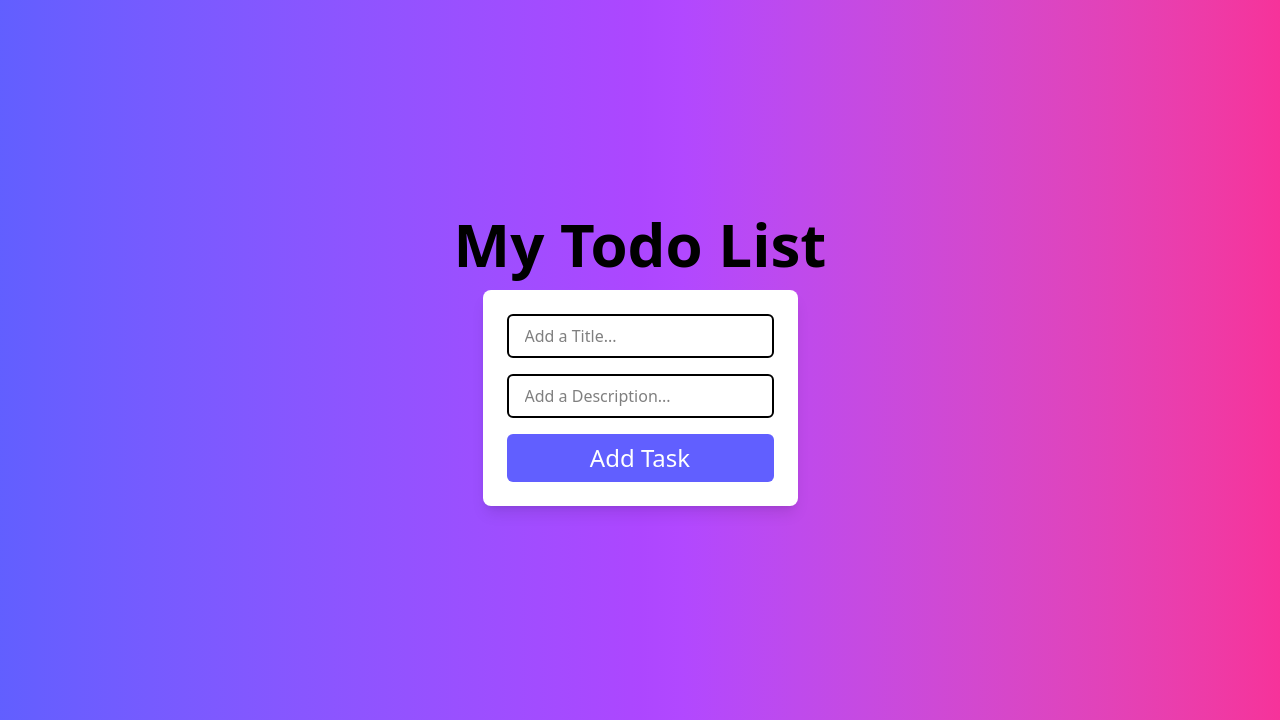
Repository: vgor15/todo-list
Page: /
An editor plug-in stored every save of this project. The page is shown before and after a run of saves, followed by the edit.
The browser window is 1280 px wide. The pictures show the whole page.
The project was rebuilt for these pictures with package versions that can differ from the ones it lists, and the page was loaded fresh each time. The framework's server and built-in components were replaced by stand-ins that run in the browser. Also part of the build but not shown: next.config.js, next.config.mjs.

Above is the page before, as saved 2025-03-05 10:58:30.

### app/layout.js
import { Geist, Geist_Mono } from "next/font/google";
import "./globals.css";

const geistSans = Geist({
  variable: "--font-geist-sans",
  subsets: ["latin"],
});

const geistMono = Geist_Mono({
  variable: "--font-geist-mono",
  subsets: ["latin"],
});

export const metadata = {
  title: "Todo List",
  description: "Todo List created by Vyom-Gor",
};

export default function RootLayout({ children }) {
  return (
    <html lang="en">
      <body
        className={`${geistSans.variable} ${geistMono.variable} antialiased`}
      >
        {children}
      </body>
    </html>
  );
}

### app/page.js
"use client";
import React, { useState } from "react";

const page = () => {
  const [title, setTitle] = useState("");
  const [description, setDescription] = useState("");
  const [mainTasks, setMainTasks] = useState([]);

  const submitHandler = (e) => {
    e.preventDefault();
    console.log(title, description);
    setTitle("");
    setDescription("");
  };
  let renderTask = "No tasks available";

  return (
    <div className="h-screen flex flex-col items-center justify-center bg-gradient-to-r from-indigo-500 via-purple-500 to-pink-500">
      <h1 className="text-6xl font-bold text-center mb-4">My Todo List</h1>
      <form
        className="flex flex-col gap-4 bg-white p-6 rounded-lg shadow-lg"
        onSubmit={submitHandler}
      >
        <input
          className="border-2 px-4 py-2 rounded-md outline-none focus:ring-2 focus:ring-indigo-500 bg-white"
          type="text"
          placeholder="Add a Title..."
          autoComplete="off"
          value={title}
          onChange={(e) => setTitle(e.target.value)}
        />
        <input
          className="border-2 px-4 py-2 rounded-md outline-none focus:ring-2 focus:ring-indigo-500 bg-white"
          type="text"
          placeholder="Add a Description..."
          autoComplete="off"
          value={description}
          onChange={(e) => setDescription(e.target.value)}
        />
        <button className="bg-indigo-500 px-4  py-2 rounded-md text-2xl text-white cursor-pointer">
          Add Task
        </button>
      </form>
      <hr />
      <div className="flex flex-col gap-4">

      </div>
    </div>
  );
};

export default page;

Loaded but not shown: app/globals.css (common file)

After the next 3 saves:
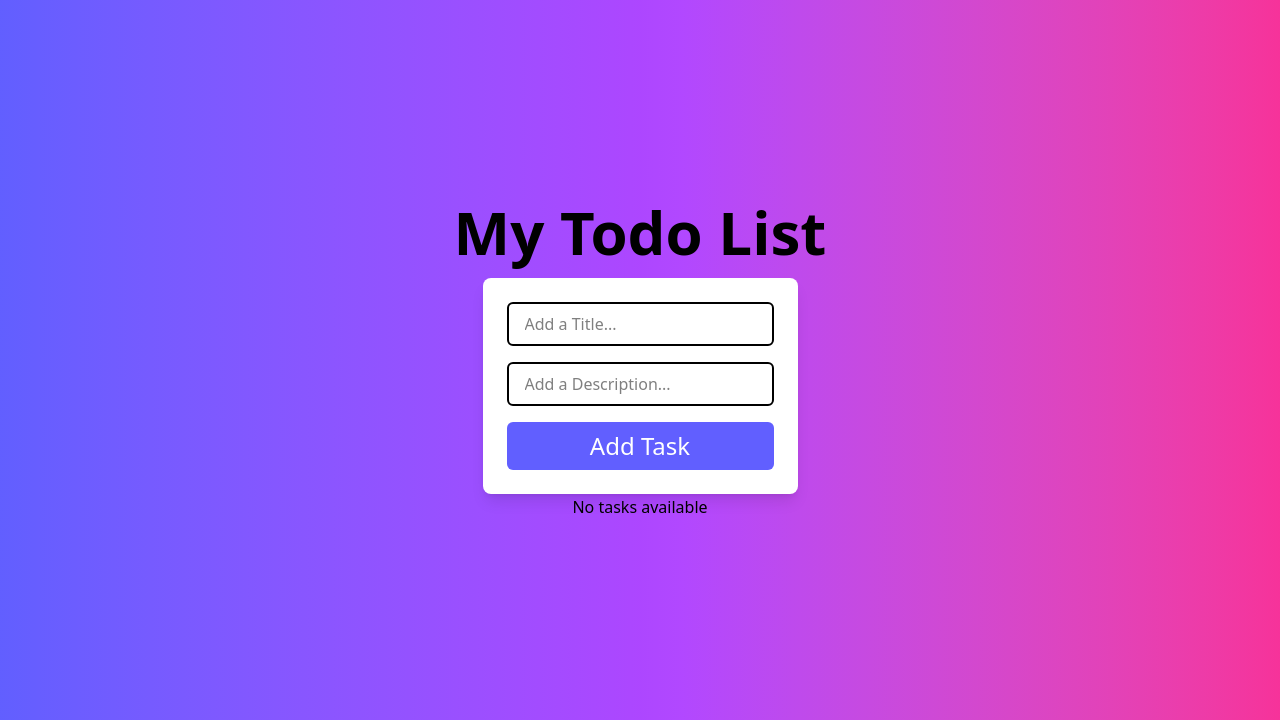
The 3 saves are shown as one change because 1 did not build or start and some came seconds apart.
The last was saved 24 s later.
--- a/app/page.js
+++ b/app/page.js
@@ -43,8 +43,19 @@ const page = () => {
       </form>
       <hr />
       <div className="flex flex-col gap-4">
-
+        {mainTasks.length > 0
+          ? mainTasks.map((task, index) => (
+              <div
+                key={index}
+                className="flex justify-between items-center px-4 py-2 border-t-2 border-gray-200"
+              >
+                <h3>{task.title}</h3>
+                <p>{task.description}</p>
+              </div>
+            ))
+          : renderTask}
       </div>
+      {/* </div> */}
     </div>
   );
 };
